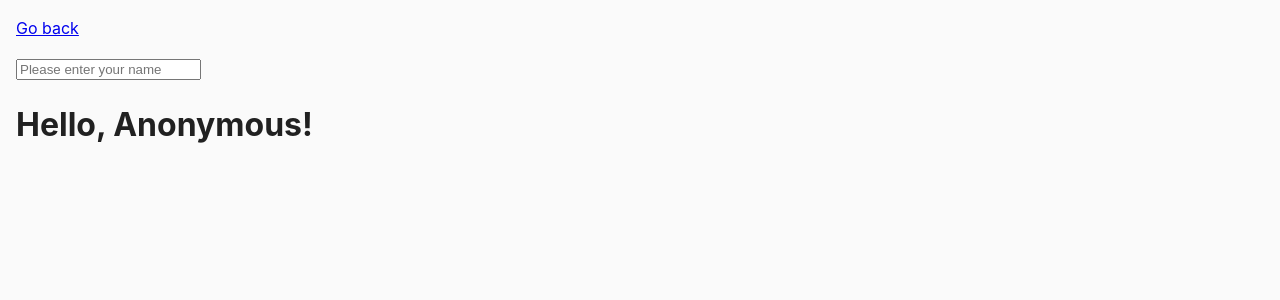
Repository: anyakobtseva/goit-js-hw-07
Page: task-03.html
These files come from the project's save history. The page is drawn as it stood at one moment and after the next save; the edit follows.
The browser window is 1280 px wide. The pictures show the whole page.

Above is the page before, as saved 2023-12-03 18:36:32.
Console error: TypeError: Cannot read properties of undefined (reading 'addEventListener')

### task-03.html
<!DOCTYPE html>
<html lang="ru">
  <head>
    <meta charset="UTF-8" />
    <meta http-equiv="X-UA-Compatible" content="IE=edge" />
    <meta name="viewport" content="width=device-width, initial-scale=1.0" />
    <title>Task 3</title>
    <link rel="stylesheet" href="css/common.css" />
  </head>
  <body>
    <p><a href="index.html">Go back</a></p>

    <input type="text" id="name-input" placeholder="Please enter your name" />
    <h1>Hello, <span id="name-output">Anonymous</span>!</h1>

    <script src="js/task-03.js" type="module"></script>
  </body>
</html>

### css/common.css
* {
  box-sizing: border-box;
}

body {
  margin: 16px;
  font-family: -apple-system, BlinkMacSystemFont, 'Segoe UI', Roboto, Oxygen,
    Ubuntu, Cantarell, 'Open Sans', 'Helvetica Neue', sans-serif;
  -webkit-font-smoothing: antialiased;
  -moz-osx-font-smoothing: grayscale;
  background-color: #fafafa;
  color: #212121;
  line-height: 1.5;
}
.gallery {
  display: block;
  align-items: center;
}
.blabla {
  max-height: 100px;
  max-width: 100px;
  padding: 10px;
}

### js/task-03.js
const inputEl = document.querySelector('#name-input');
const outputEl = document.querySelector('#name-output');
outputEl.
inputEl.addEventListener('input', (event) => {

})

After the next save:
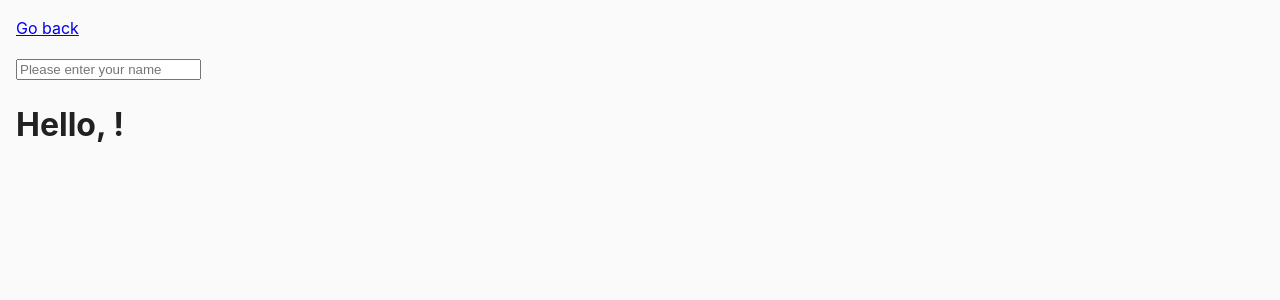
The error is gone.
Saved 15 s later.
--- a/js/task-03.js
+++ b/js/task-03.js
@@ -1,6 +1,6 @@
 const inputEl = document.querySelector('#name-input');
 const outputEl = document.querySelector('#name-output');
-outputEl.
+outputEl.textContent =
 inputEl.addEventListener('input', (event) => {
 
 })
